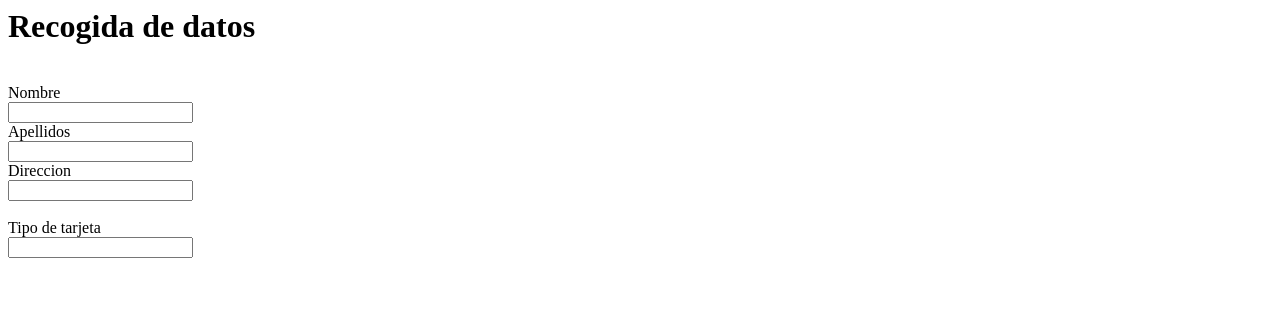
Repository: juvaga2000/eclipsetemp
Page: EjerciciosT1/src/main/webapp/ejer3.html
These files come from the project's save history. The page is drawn as it stood at one moment and after the next save; the edit follows.
The browser window is 1280 px wide. The pictures show the whole page.

Above is the page before, as saved 2022-10-03 11:55:17.

After the next save:
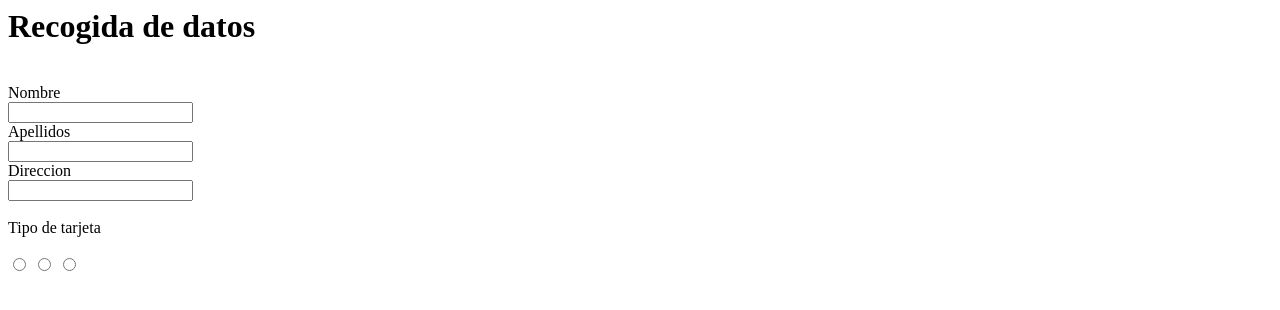
Saved 34 s later.
--- a/EjerciciosT1/src/main/webapp/ejer3.html
+++ b/EjerciciosT1/src/main/webapp/ejer3.html
@@ -14,8 +14,10 @@
 		Direccion<br>
 		<input type="text" name="direccion" value="">
 		<br><br>
-		Tipo de tarjeta<br>
-		<input type="tarjeta" name="tarjeta" value="">
+		Tipo de tarjeta<br><br>
+		<input type="radio" name="tarjeta" value="VISA">
+		<input type="radio" name="tarjeta" value="MasterCard">
+		<input type="radio" name="tarjeta" value="American Express">
 	</form>
 </body>
 </html>
